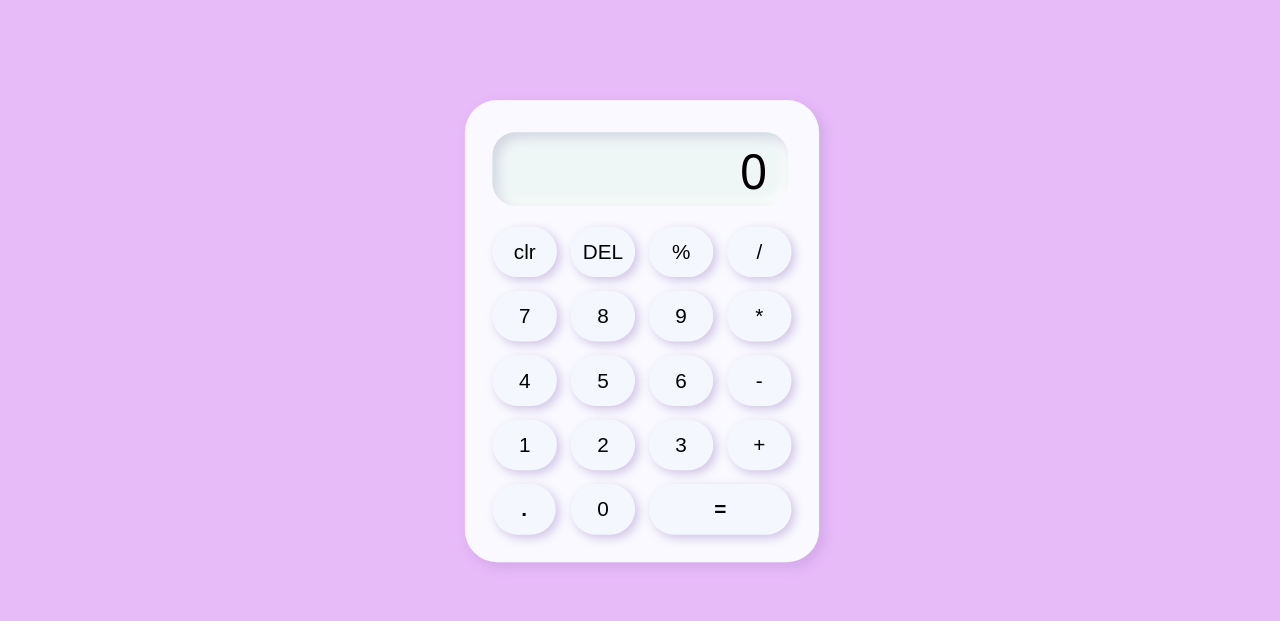
Repository: meti-guda/simple-calculator
Page: index.html
The author's editor kept a copy of each file at every save. The page is drawn from the files as they stood at one save, then again after the next save.
The browser window is 1280 px wide. The pictures show the whole page.

Above is the page before, as saved 2025-12-11 13:31:21.

After the next save:
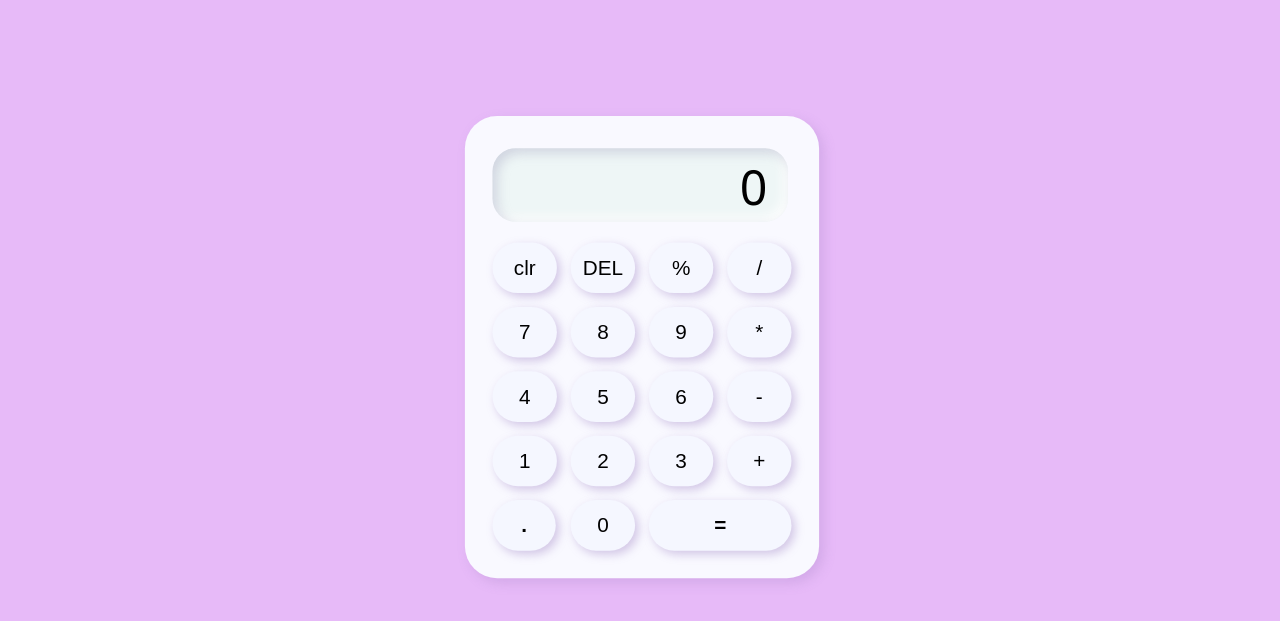
Saved 13 min 41 s later.
--- a/style.css
+++ b/style.css
@@ -9,7 +9,7 @@
   padding: 0;
 }
 
-.container {
+.contianer {
   padding: 16px;
 }
 

After the save that followed:
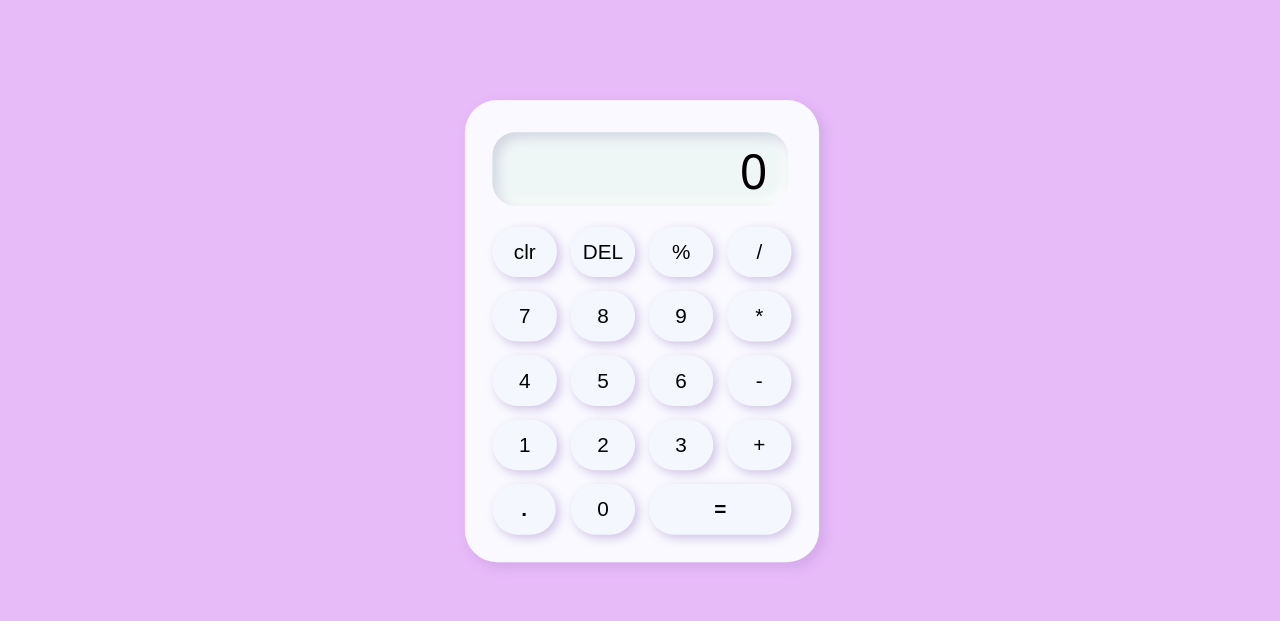
Saved 5 s later.
--- a/style.css
+++ b/style.css
@@ -9,7 +9,7 @@
   padding: 0;
 }
 
-.contianer {
+.container {
   padding: 16px;
 }
 
